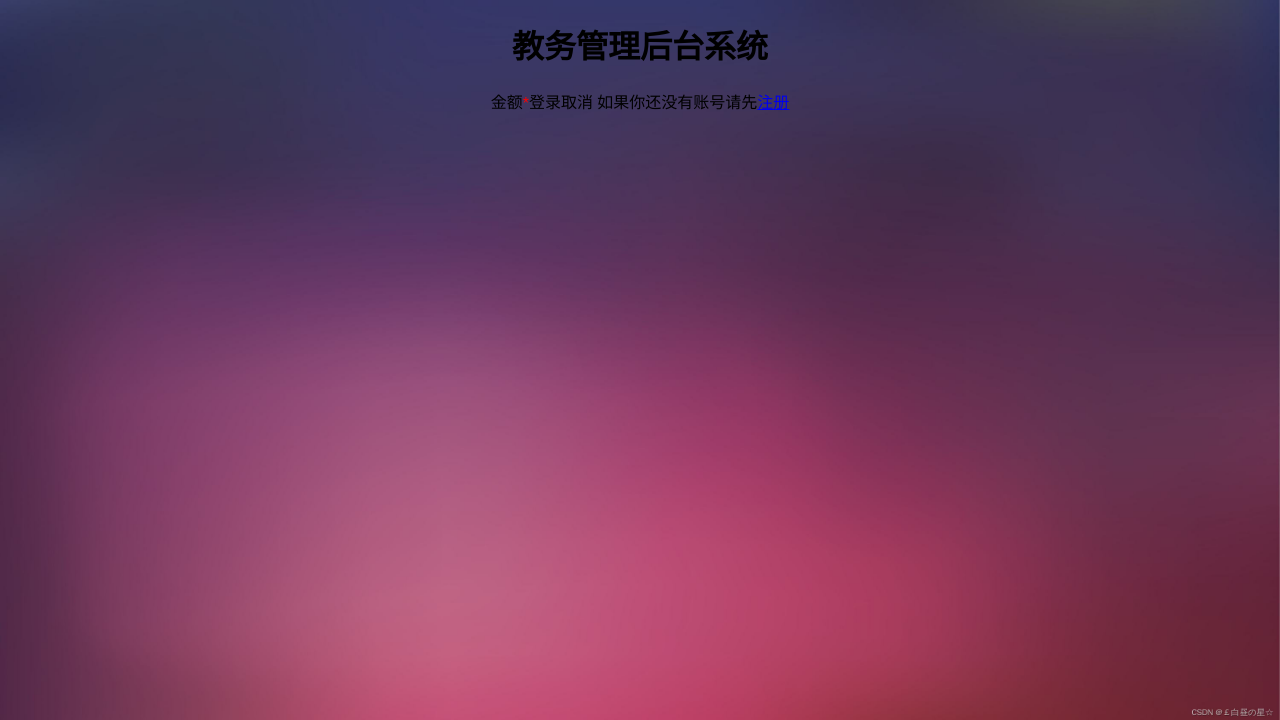
Repository: songlin-q/EducationalAdministrationSysTem
Page: / (app in EducationalAdministrationSystemUI/educationsystem/)
The author's editor kept a copy of each file at every save. The page is drawn from the files as they stood at one save, then again after a run of saves.
The browser window is 1280 px wide. The pictures show the whole page.
The project was rebuilt for these pictures with package versions that can differ from the ones it lists, and the page was loaded fresh each time. Also part of the build but not shown: EducationalAdministrationSystemUI/educationsystem/vue.config.js.

Above is the page before, as saved 2022-05-19 11:40:53.

After the next 3 saves:
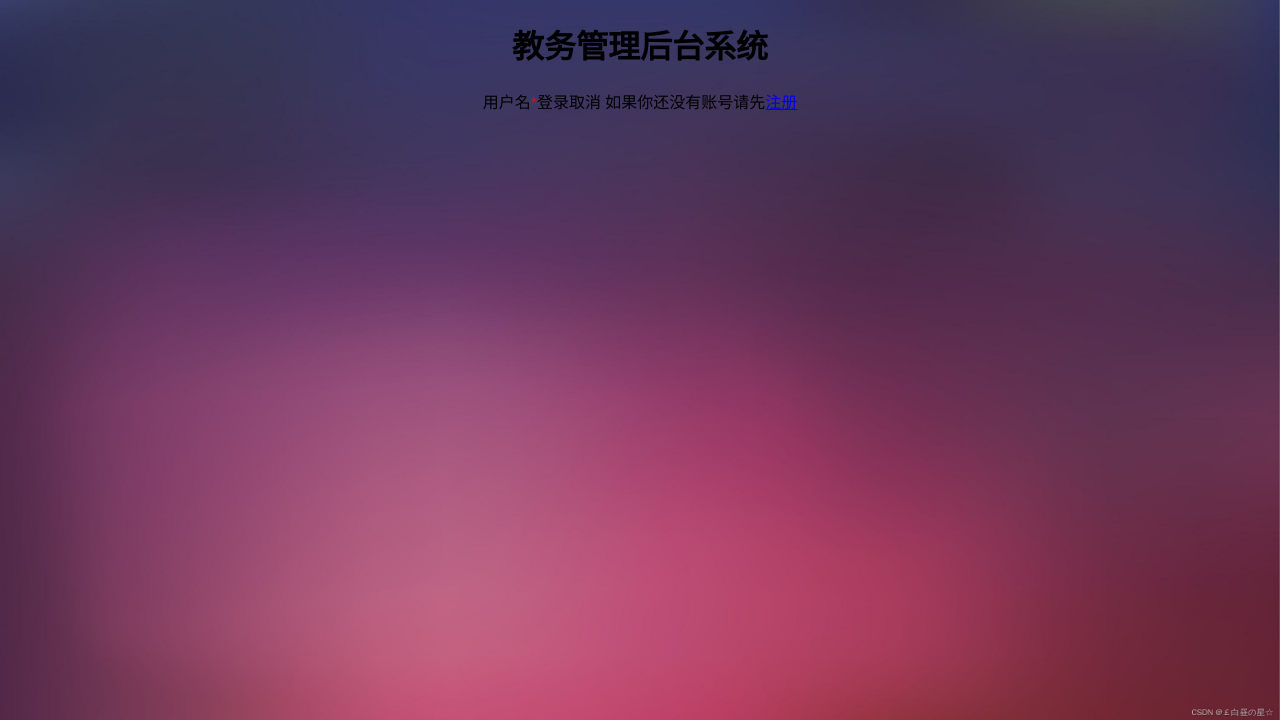
The 3 saves are shown as one change because they came seconds apart.
The last was saved 11 s later.
--- a/EducationalAdministrationSystemUI/educationsystem/src/components/LoginInfo.vue
+++ b/EducationalAdministrationSystemUI/educationsystem/src/components/LoginInfo.vue
@@ -25,10 +25,10 @@
           <el-row style="width: 100%" justify="space-evenly">
             <el-form>
               <el-form-item>
-                 <span slot="label">
-      	  <span>金额</span>
-          <span style="color: red">*</span>
-        </span>
+                <span>
+                  <span>用户名</span>
+                  <span style="color: red">*</span>
+                </span>
                 <el-input v-model="longname" placeholder="Please input" />
               </el-form-item>
               <el-form-item label="密&nbsp;&nbsp;&nbsp;&nbsp;码">
